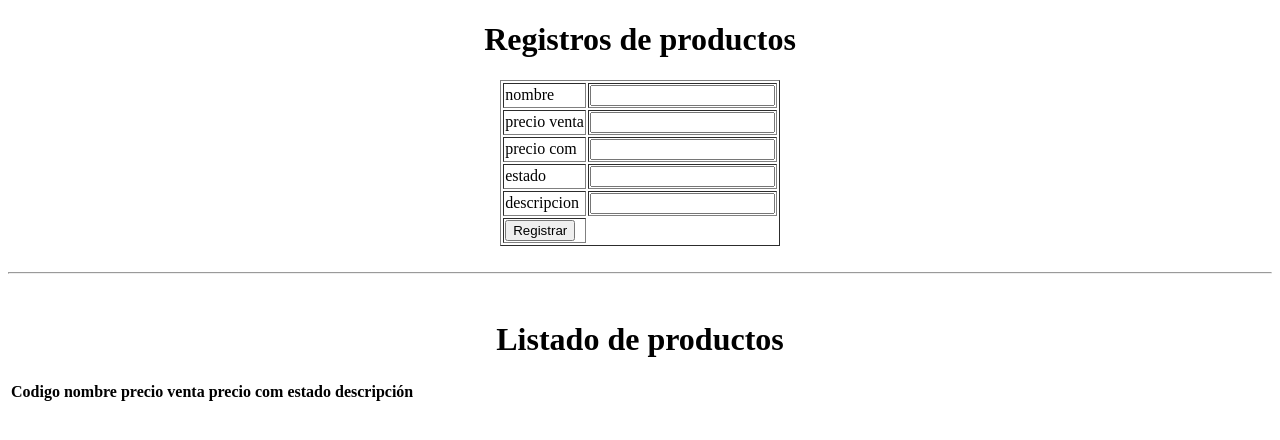
Repository: davidgit20/Examen_JPA
Page: http://localhost/examen_CL2/RegistroProducto.jsp
An editor plug-in stored every save of this project. The page is shown before and after the next save, followed by the edit.
The browser window is 1280 px wide. The pictures show the whole page.
The page is served by Tomcat 9. Other server files are loaded and not shown. The template is opened directly, without the code that normally fills it, so the values that code supplies are empty.

Above is the page before, as saved 2023-10-25 01:06:23.

### examen_CL2/src/main/webapp/RegistroProducto.jsp
<%@ page language="java" contentType="text/html; charset=ISO-8859-1"
    pageEncoding="ISO-8859-1"%>
    <%@page import="java.util.*"%>
    <%@page import="modelos.TblProducto"%>
<!DOCTYPE html PUBLIC "-//W3C//DTD HTML 4.01 Transitional//EN" "http://www.w3.org/TR/html4/loose.dtd">
<html>
<head>
<meta http-equiv="Content-Type" content="text/html; charset=ISO-8859-1">
<title>Productos</title>
</head>
<body>
<h1 align="center">Registros de productos</h1>
	<form action="ControladorProducto" method="post">
		<table border="1" align="center">
			<tr>
				<td>nombre</td>
				<td><input type="text" name="nombres"></td>
			</tr>
			<tr>
				<td>precio venta</td>
				<td><input type="text" name="venta"></td>
			</tr>
			<tr>
				<td>precio com</td>
				<td><input type="text" name="com"></td>
			</tr>
			<tr>
				<td>estado</td>
				<td><input type="text" name="estado"></td>
			</tr>
			<tr>
				<td>descripcion</td>
				<td><input type="text" name="descrip"></td>
			</tr>
			<tr>
				<td><input type="submit" value="Registrar"></td>
			</tr>
		</table>
	</form>
	<br>
	<hr>
	<br>
	<%
		String men = (String)request.getAttribute("mensaje");
		String mensaje = "";
		if(men != null) men = mensaje;
	%>
	<h1 align="center"><%=mensaje %></h1>

	<h1 align="center">Listado de productos</h1>
	<table>
		<tr>
			<th>Codigo</th>
			<th>nombre</th>
			<th>precio venta</th>
			<th>precio com</th>
			<th>estado</th>
			<th>descripción</th>
		</tr>
		<%
		List<TblProducto> listadoProducto = (List<TblProducto>)request.getAttribute("milista");
		if(listadoProducto != null)
		{
			for(TblProducto lis:listadoProducto)
			{
				%>
				<tr>
					<td><%=lis.getNombre()%></td>
					<td><%=lis.getPrecioVenta() %></td>
					<td><%=lis.getPrecioCom() %></td>
					<td><%=lis.getEstado() %></td>
					<td><%=lis.getDescrip() %></td>
				</tr>
				<%
			}
		}
		%>

	</table>



</body>
</html>

After the next save:
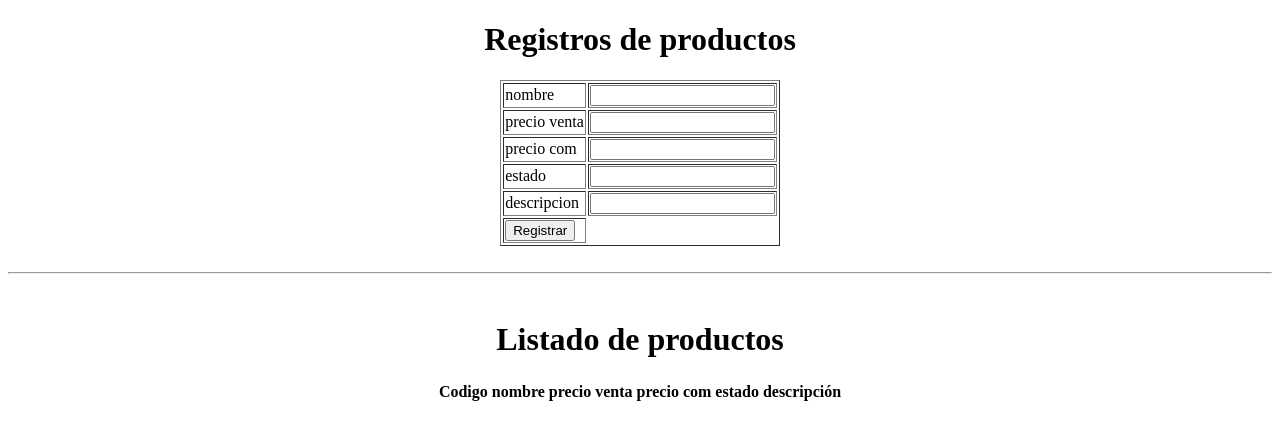
Saved 18 s later.
--- a/examen_CL2/src/main/webapp/RegistroProducto.jsp
+++ b/examen_CL2/src/main/webapp/RegistroProducto.jsp
@@ -48,7 +48,7 @@
 	<h1 align="center"><%=mensaje %></h1>
 
 	<h1 align="center">Listado de productos</h1>
-	<table>
+	<table align="center">
 		<tr>
 			<th>Codigo</th>
 			<th>nombre</th>
